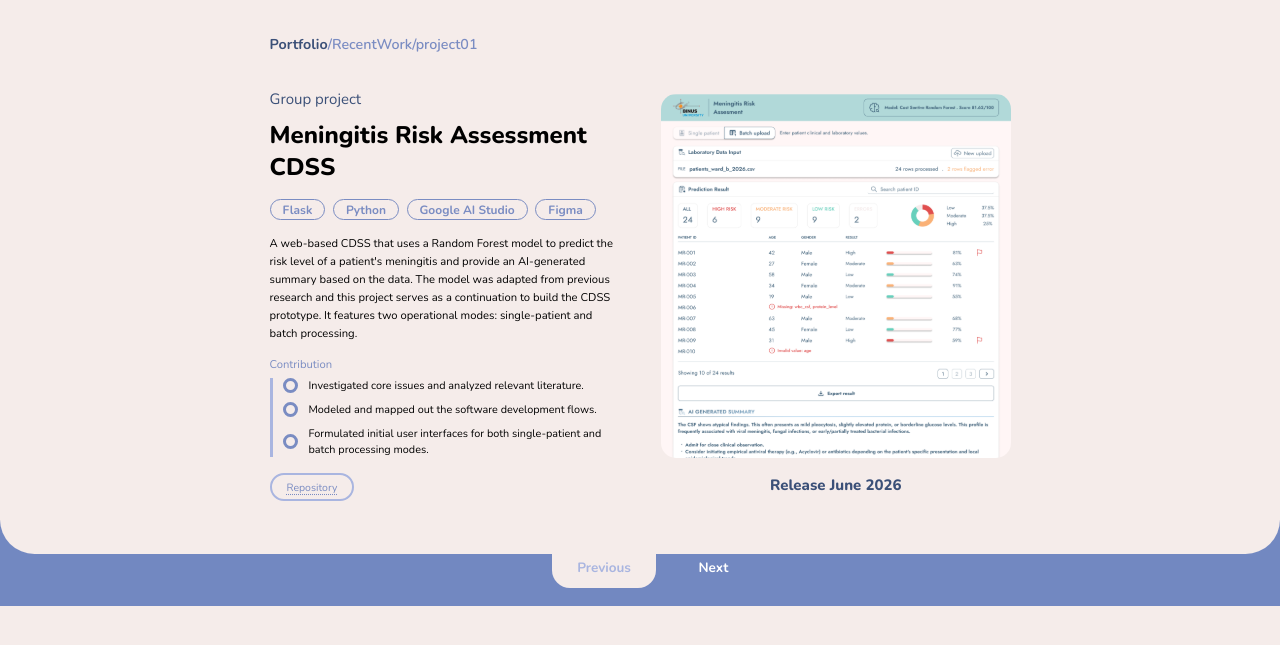
Repository: L-vy/L-vy
Page: /recentworks/project01
These files come from the project's save history. The page is drawn as it stood at one moment and after the next save; the edit follows.
The browser window is 1280 px wide. The pictures show the whole page.
Some web fonts or font styles are not loaded; a fallback is used. The project was rebuilt for these pictures with package versions that can differ from the ones it lists, and the page was loaded fresh each time. Also part of the build but not shown: vite.config.ts, src/components/Icon.tsx, src/data/site.ts, src/components/useGoTo.ts, src/components/Navbar.tsx, src/components/Hero.tsx, src/components/Reveal.tsx, src/components/Skills.tsx and 9 more.

Above is the page before, as saved 2026-10-07 19:51:39.

After the next save:
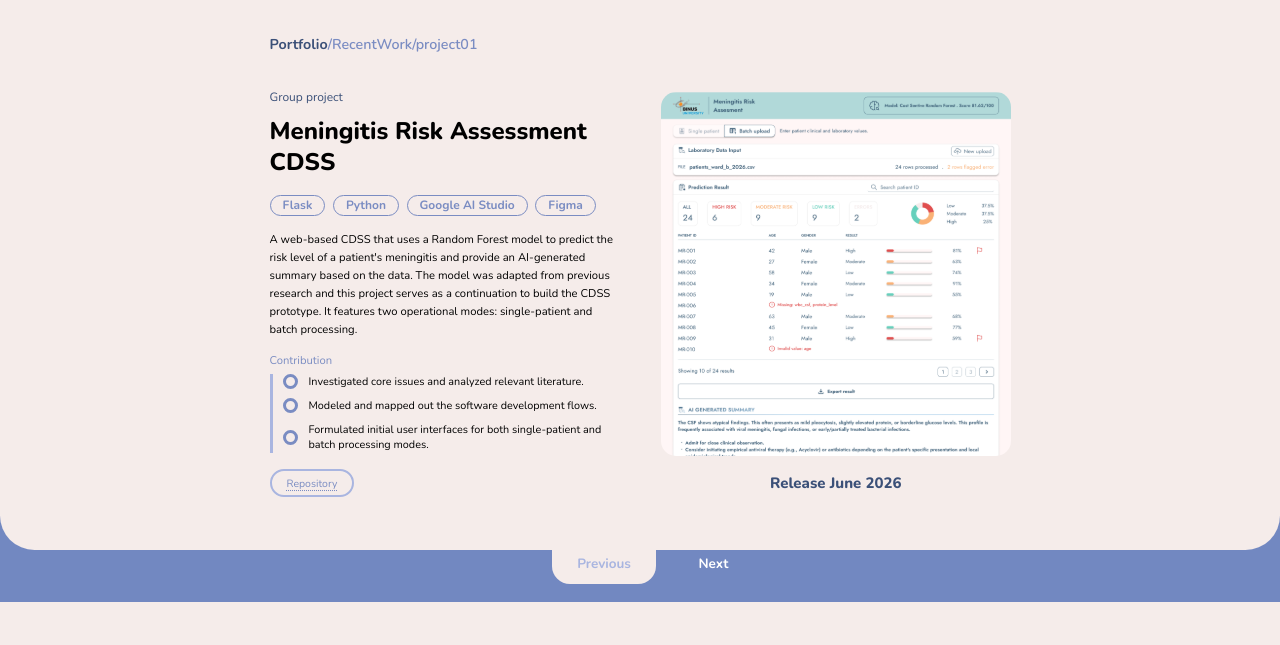
Saved 48 s later.
--- a/src/styles.css
+++ b/src/styles.css
@@ -135,7 +135,7 @@
 .detail-grid{display:grid;grid-template-columns:1fr 1fr;gap:3.5rem;align-items:center;margin-top:2.875rem}
 .detail-title{margin:0;font:800 2rem/1.3 'Nunito',sans-serif}
 .detail .pills{margin-top:1.375rem}
-.meta{margin-bottom:0.875rem;font-size:1.25rem;font-weight:400;color:var(--ink)}
+.meta{margin-bottom:0.875rem;font:'Playwrite US Modern' font-size:1.25rem;font-weight:400;color:var(--ink)}
 .contrib{margin:1.125rem 0 0.5rem;font:400 0.9375rem 'Playwrite US Modern','Nunito',cursive;color:var(--peri)}
 .contrib-list{border-left:3px solid var(--light);padding-left:0.875rem;display:grid;gap:0.75rem;font-size:0.90625rem}
 .contrib-list li{display:flex;gap:0.875rem;align-items:center}

After the save that followed:
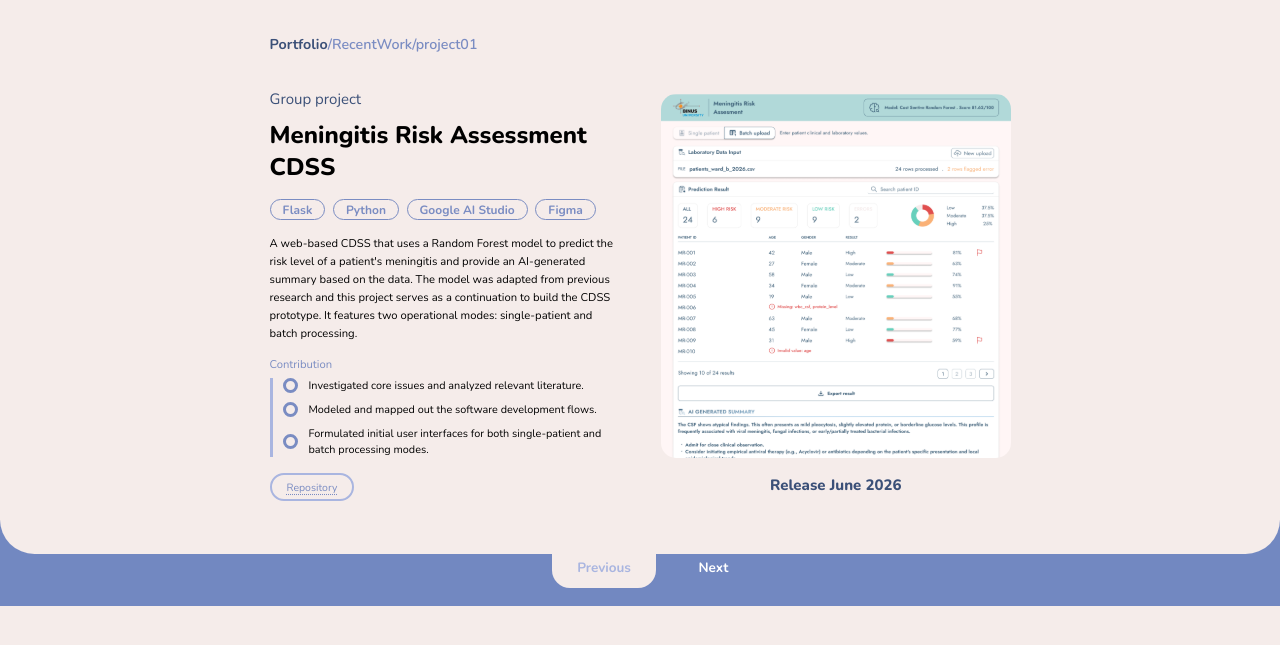
Saved 17 s later.
--- a/src/styles.css
+++ b/src/styles.css
@@ -135,7 +135,7 @@
 .detail-grid{display:grid;grid-template-columns:1fr 1fr;gap:3.5rem;align-items:center;margin-top:2.875rem}
 .detail-title{margin:0;font:800 2rem/1.3 'Nunito',sans-serif}
 .detail .pills{margin-top:1.375rem}
-.meta{margin-bottom:0.875rem;font:'Playwrite US Modern' font-size:1.25rem;font-weight:400;color:var(--ink)}
+.meta{margin-bottom:0.875rem;font-size:1.25rem;font-weight:400;color:var(--ink)}
 .contrib{margin:1.125rem 0 0.5rem;font:400 0.9375rem 'Playwrite US Modern','Nunito',cursive;color:var(--peri)}
 .contrib-list{border-left:3px solid var(--light);padding-left:0.875rem;display:grid;gap:0.75rem;font-size:0.90625rem}
 .contrib-list li{display:flex;gap:0.875rem;align-items:center}
